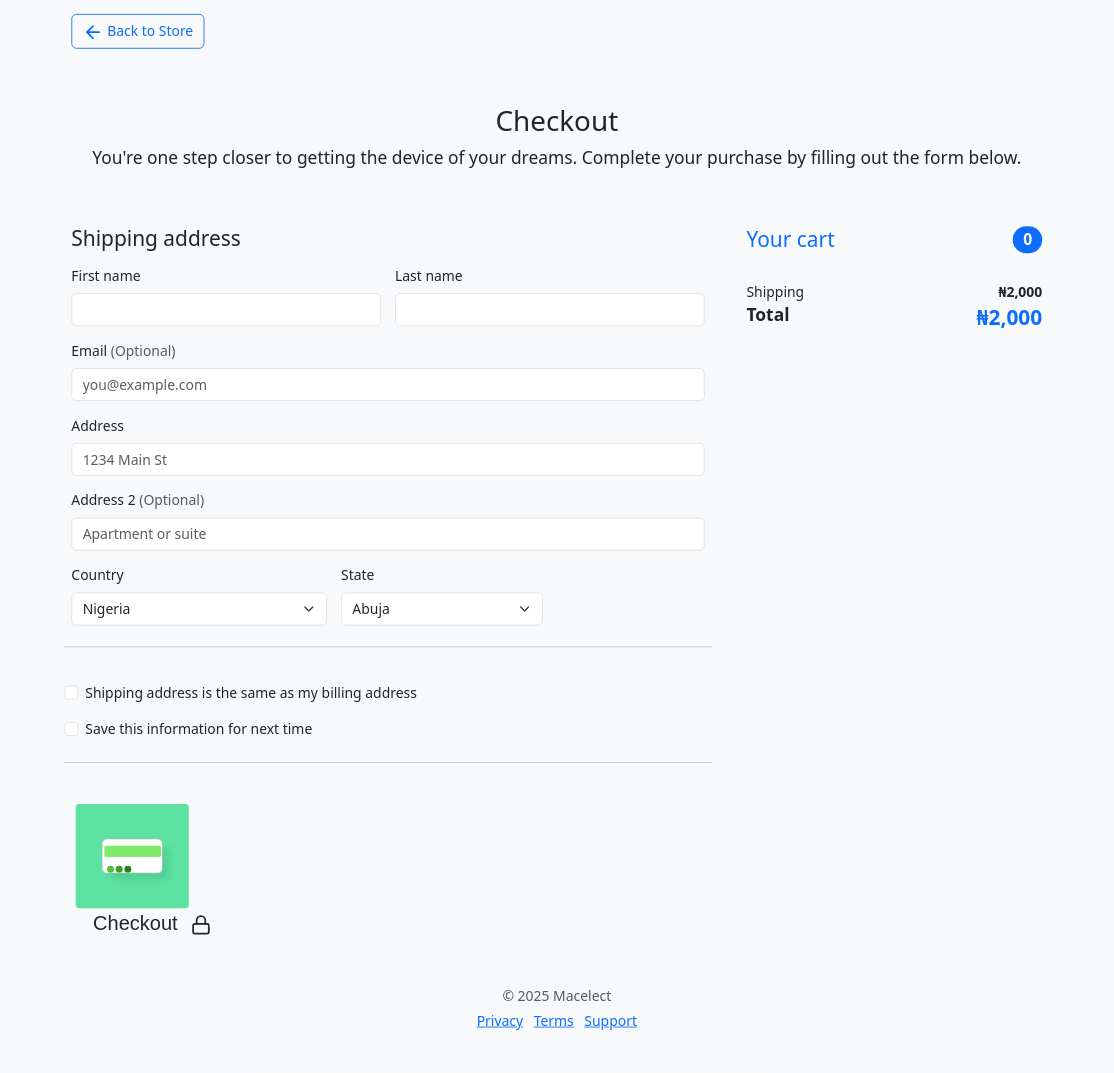
Repository: Davidobi21/macelect
Page: frontend/pages/checkout.html
The author's editor kept a copy of each file at every save. The page is drawn from the files as they stood at one save, then again after the next save.
The browser window is 1280 px wide. The pictures show the whole page, at 87% of full size.

Above is the page before, as saved 2025-05-06 10:10:16.

### frontend/pages/checkout.html
<!DOCTYPE html>
<html lang="en">
<head>
  <meta charset="UTF-8">
  <meta name="viewport" content="width=device-width, initial-scale=1.0">
  <title>Checkout</title>
  <link rel="stylesheet" href="../css/checkout.css">
  <script src="https://cdn.jsdelivr.net/npm/lucide@latest/dist/umd/lucide.min.js"></script>
  <script src="./js/checkout.js" defer></script>
  <script src="https://js.paystack.co/v1/inline.js"></script>
  <script src="https://cdn.jsdelivr.net/npm/sweetalert2@11"></script>
  <link href="https://cdn.jsdelivr.net/npm/bootstrap@5.3.0-alpha1/dist/css/bootstrap.min.css" rel="stylesheet">
</head>
<body class="bg-light">
  <div class="container">
    <!-- Back Button -->
    <div class="py-3">
      <a href="../pages/products.html" class="btn btn-outline-primary align-items-center gap-2">
        <i data-lucide="arrow-left"></i> Back to Store
      </a>
    </div>

    <main>
      <div class="py-5 text-center">
        <h2>Checkout</h2>
        <p class="lead">You're one step closer to getting the device of your dreams. Complete your purchase by filling out the form below.</p>
      </div>

      <div class="row g-5">
        <!-- Cart Summary -->
        <div class="col-md-5 col-lg-4 order-md-last">
          <h4 class="d-flex justify-content-between align-items-center mb-3">
            <span class="text-primary">Your cart</span>
            <span class="badge bg-primary rounded-pill cart-count">0</span>
          </h4>
          <ul class="list-group mb-3" id="cart-summary">
            <!-- Cart items will be dynamically populated here -->
          </ul>
          <li class="list-group-item d-flex justify-content-between">
            <span>Shipping</span>
            <strong id="shipping-cost">₦0</strong>
          </li>
          <li class="list-group-item d-flex justify-content-between">
            <span class="fs-5 fw-bold">Total</span>
            <strong id="cart-total" class="fs-4 fw-bold text-primary">₦0</strong>
          </li>
        </div>

        <!-- Billing Form -->
        <div class="col-md-7 col-lg-8">
          <h4 class="mb-3">Shipping address</h4>
          <form>
            <div class="row g-3">
              <div class="col-sm-6">
                <label for="firstName" class="form-label">First name</label>
                <input type="text" class="form-control" id="firstName" placeholder="" value="" required>
              </div>

              <div class="col-sm-6">
                <label for="lastName" class="form-label">Last name</label>
                <input type="text" class="form-control" id="lastName" placeholder="" value="" required>
              </div>

              <div class="col-12">
                <label for="email" class="form-label">Email <span class="text-muted">(Optional)</span></label>
                <input type="email" class="form-control" id="email" placeholder="you@example.com">
              </div>

              <div class="col-12">
                <label for="address" class="form-label">Address</label>
                <input type="text" class="form-control" id="address" placeholder="1234 Main St" required>
              </div>

              <div class="col-12">
                <label for="address2" class="form-label">Address 2 <span class="text-muted">(Optional)</span></label>
                <input type="text" class="form-control" id="address2" placeholder="Apartment or suite">
              </div>

              <div class="col-md-5">
                <label for="country" class="form-label">Country</label>
                <select class="form-select" id="country" required>
                  <option value="Nigeria" selected>Nigeria</option>
                </select>
              </div>

              <div class="col-md-4">
                <label for="state" class="form-label">State</label>
                <select class="form-select" id="state" required>
                  <option value="Abuja">Abuja</option>
                  <option value="Nasarawa">Nasarawa</option>
                  <option value="Kogi">Kogi</option>
                  <option value="Kaduna">Kaduna</option>
                  <option value="Niger">Niger</option>
                  <option value="Benue">Benue</option>
                  <option value="Kwara">Kwara</option>
                  <option value="Plateau">Plateau</option>
                  <option value="Taraba">Taraba</option>
                  <option value="Lagos">Lagos</option>
                  <option value="Oyo">Oyo</option>
                  <option value="Ondo">Ondo</option>
                  <option value="Edo">Edo</option>
                  <option value="Delta">Delta</option>
                  <option value="Anambra">Anambra</option>
                  <option value="Enugu">Enugu</option>
                  <option value="Imo">Imo</option>
                  <option value="Rivers">Rivers</option>
                  <option value="Akwa Ibom">Akwa Ibom</option>
                  <option value="Bayelsa">Bayelsa</option>
                  <option value="Borno">Borno</option>
                  <option value="Yobe">Yobe</option>
                  <option value="Zamfara">Zamfara</option>
                  <option value="Sokoto">Sokoto</option>
                  <option value="Kebbi">Kebbi</option>
                  <option value="Kano">Kano</option>
                  <option value="Jigawa">Jigawa</option>
                  <option value="Gombe">Gombe</option>
                  <option value="Bauchi">Bauchi</option>
                  <option value="Ekiti">Ekiti</option>
                  <option value="Osun">Osun</option>
                  <option value="Ebonyi">Ebonyi</option>
                  <option value="Abia">Abia</option>
                  <option value="Cross River">Cross River</option>
                </select>
              </div>


            <hr class="my-4">

            <div class="form-check">
              <input type="checkbox" class="form-check-input" id="same-address">
              <label class="form-check-label" for="same-address">Shipping address is the same as my billing address</label>
            </div>

            <div class="form-check">
              <input type="checkbox" class="form-check-input" id="save-info">
              <label class="form-check-label" for="save-info">Save this information for next time</label>
            </div>

            <hr class="my-4">
          </form>
          <div class="btn contain" id="checkoutButton" disabled>
            <div class="left-side">
              <div class="card">
                <div class="card-line"></div>
                <div class="buttons"></div>
              </div>
              <div class="post">
                <div class="post-line"></div>
                <div class="screen">
                  <div class="dollar">₦</div>
                </div>
                <div class="numbers"></div>
                <div class="numbers-line2"></div>
              </div>
            </div>
            <div class="right-side">
              <div class="new">Checkout
                <span id="padlockWrapper" class="ms-2">
                  <i id="padlockIcon" data-lucide="lock"></i>
                </span>
              </div>
            </div>
          </div>
        </div>
      </div>
    </main>

    <footer class="my-5 pt-5 text-muted text-center text-small">
      <p class="mb-1">© 2025 Macelect</p>
      <ul class="list-inline">
        <li class="list-inline-item"><a href="../pages/fqa.html">Privacy</a></li>
        <li class="list-inline-item"><a href="../pages/fqa.html">Terms</a></li>
        <li class="list-inline-item"><a href="../pages/fqa.html">Support</a></li>
      </ul>
    </footer>
  </div>
  <script src="https://cdn.jsdelivr.net/npm/bootstrap@5.3.0-alpha1/dist/js/bootstrap.bundle.min.js"></script>
</body>
</html>

### frontend/css/checkout.css
/* From Uiverse.io by Pawelitto */
.contain {
    background-color: #ffffff;
    display: flex;
    width: 270px;
    height: 120px;
    position: relative;
    border-radius: 6px;
    transition: 0.3s ease-in-out;
  }

  .contain:hover {
    transform: scale(1.03);
  }

  .contain:hover .left-side {
    width: 100%;
  }

  .left-side {
    background-color: #5de2a3;
    width: 130px;
    height: 120px;
    border-radius: 4px;
    position: relative;
    display: flex;
    justify-content: center;
    align-items: center;
    cursor: pointer;
    transition: 0.3s;
    flex-shrink: 0;
    overflow: hidden;
  }

  .right-side {
    display: flex;
    align-items: center;
    overflow: hidden;
    cursor: pointer;
    justify-content: space-between;
    white-space: nowrap;
    transition: 0.3s;
  }

  .right-side:hover {
    background-color: #f9f7f9;
  }

  .arrow {
    width: 20px;
    height: 20px;
    margin-right: 20px;
  }

  .new {
    font-size: 23px;
    font-family: "Lexend Deca", sans-serif;
    margin-left: 20px;
  }

  .card {
    width: 70px;
    height: 46px;
    background-color: #c7ffbc;
    border-radius: 6px;
    position: absolute;
    display: flex;
    z-index: 10;
    flex-direction: column;
    align-items: center;
    -webkit-box-shadow: 9px 9px 9px -2px rgba(77, 200, 143, 0.72);
    -moz-box-shadow: 9px 9px 9px -2px rgba(77, 200, 143, 0.72);
    -webkit-box-shadow: 9px 9px 9px -2px rgba(77, 200, 143, 0.72);
  }

  .card-line {
    width: 65px;
    height: 13px;
    background-color: #80ea69;
    border-radius: 2px;
    margin-top: 7px;
  }

  @media only screen and (max-width: 480px) {
    .container {
      transform: scale(0.7);
    }

    .container:hover {
      transform: scale(0.74);
    }

    .new {
      font-size: 18px;
    }
  }

  .buttons {
    width: 8px;
    height: 8px;
    background-color: #379e1f;
    box-shadow: 0 -10px 0 0 #26850e, 0 10px 0 0 #56be3e;
    border-radius: 50%;
    margin-top: 5px;
    transform: rotate(90deg);
    margin: 10px 0 0 -30px;
  }

  .contain:hover .card {
    animation: slide-top 1.2s cubic-bezier(0.645, 0.045, 0.355, 1) both;
  }

  .contain:hover .post {
    animation: slide-post 1s cubic-bezier(0.165, 0.84, 0.44, 1) both;
  }

  @keyframes slide-top {
    0% {
      -webkit-transform: translateY(0);
      transform: translateY(0);
    }

    50% {
      -webkit-transform: translateY(-70px) rotate(90deg);
      transform: translateY(-70px) rotate(90deg);
    }

    60% {
      -webkit-transform: translateY(-70px) rotate(90deg);
      transform: translateY(-70px) rotate(90deg);
    }

    100% {
      -webkit-transform: translateY(-8px) rotate(90deg);
      transform: translateY(-8px) rotate(90deg);
    }
  }

  .post {
    width: 63px;
    height: 75px;
    background-color: #dddde0;
    position: absolute;
    z-index: 11;
    bottom: 10px;
    top: 120px;
    border-radius: 6px;
    overflow: hidden;
  }

  .post-line {
    width: 47px;
    height: 9px;
    background-color: #545354;
    position: absolute;
    border-radius: 0px 0px 3px 3px;
    right: 8px;
    top: 8px;
  }

  .post-line:before {
    content: "";
    position: absolute;
    width: 47px;
    height: 9px;
    background-color: #757375;
    top: -8px;
  }

  .screen {
    width: 47px;
    height: 23px;
    background-color: #ffffff;
    position: absolute;
    top: 22px;
    right: 8px;
    border-radius: 3px;
  }

  .numbers {
    width: 12px;
    height: 12px;
    background-color: #838183;
    box-shadow: 0 -18px 0 0 #838183, 0 18px 0 0 #838183;
    border-radius: 2px;
    position: absolute;
    transform: rotate(90deg);
    left: 25px;
    top: 52px;
  }

  .numbers-line2 {
    width: 12px;
    height: 12px;
    background-color: #aaa9ab;
    box-shadow: 0 -18px 0 0 #aaa9ab, 0 18px 0 0 #aaa9ab;
    border-radius: 2px;
    position: absolute;
    transform: rotate(90deg);
    left: 25px;
    top: 68px;
  }

  @keyframes slide-post {
    50% {
      -webkit-transform: translateY(0);
      transform: translateY(0);
    }

    100% {
      -webkit-transform: translateY(-70px);
      transform: translateY(-70px);
    }
  }

  .dollar {
    position: absolute;
    font-size: 16px;
    font-family: "Lexend Deca", sans-serif;
    width: 100%;
    left: 0;
    top: 0;
    color: #4b953b;
    text-align: center;
  }

  .contain:hover .dollar {
    animation: fade-in-fwd 0.3s 1s backwards;
  }

  @keyframes fade-in-fwd {
    0% {
      opacity: 0;
      transform: translateY(-5px);
    }

    100% {
      opacity: 1;
      transform: translateY(0);
    }
  }

### frontend/pages/js/checkout.js
document.addEventListener("DOMContentLoaded", () => {
  lucide.createIcons(); // Initialize Lucide icons

  const cartSummary = document.getElementById("cart-summary");
  const cartTotal = document.getElementById("cart-total");
  const shippingCostElement = document.getElementById("shipping-cost");
  const cartCount = document.querySelector(".cart-count");
  const countrySelect = document.getElementById("country");
  const stateSelect = document.getElementById("state");
  const checkoutButton = document.getElementById("checkoutButton");
  const padlockIcon = document.getElementById("padlockIcon");
  const formInputs = document.querySelectorAll("#firstName, #lastName, #email, #address, #country, #state, #zip");

  const cart = JSON.parse(localStorage.getItem("cart")) || [];
  let total = 0;

  function calculateShippingCost(country, state) {
    if (country !== "Nigeria") return 0;

    const distanceTiers = {
      // Distance Level 0 (Abuja)
      "Abuja": 0,

      // Distance Level 1 (nearby states)
      "Nasarawa": 1,
      "Kogi": 1,
      "Kaduna": 1,
      "Niger": 1,

      // Distance Level 2
      "Benue": 2,
      "Kwara": 2,
      "Plateau": 2,
      "Taraba": 2,

      // Distance Level 3
      "Lagos": 3,
      "Oyo": 3,
      "Ondo": 3,
      "Edo": 3,
      "Delta": 3,

      // Distance Level 4 (farther states)
      "Anambra": 4,
      "Enugu": 4,
      "Imo": 4,
      "Rivers": 4,
      "Akwa Ibom": 4,
      "Bayelsa": 4,
      "Borno": 4,
      "Yobe": 4,
      "Zamfara": 4,
      "Sokoto": 4,
      "Kebbi": 4,
      "Kano": 4,
      "Jigawa": 4,
      "Gombe": 4,
      "Bauchi": 4,
      "Ekiti": 4,
      "Osun": 4,
      "Ebonyi": 4,
      "Abia": 4,
      "Cross River": 4,

      // Default tier if not listed
      "Others": 3
    };

    const tier = distanceTiers[state] !== undefined ? distanceTiers[state] : distanceTiers["Others"];
    return 2000 * (tier + 1); // base = ₦2000, so tier 0 = ₦2000, tier 1 = ₦4000, etc.
  }


  function updateCartSummary() {
    cartSummary.innerHTML = ""; // Clear existing content
    total = 0;

    cart.forEach(item => {
      const itemTotal = item.price * item.quantity;
      total += itemTotal;

      const listItem = document.createElement("li");
      listItem.className = "list-group-item d-flex justify-content-between lh-sm align-items-center";
      listItem.innerHTML = `
        <div class="d-flex align-items-center gap-2">
          <img src="${item.image}" alt="${item.name}" width="50" height="50" style="object-fit: cover; border-radius: 4px;">
          <div>
            <h6 class="my-0 mb-1">${item.name}</h6>
            <small class="text-muted">Quantity: ${item.quantity}</small>
          </div>
        </div>
        <span class="text-muted">₦${itemTotal.toLocaleString()}</span>
      `;
      cartSummary.appendChild(listItem);
    });

    const country = countrySelect.value;
    const state = stateSelect.value;
    const shippingCost = calculateShippingCost(country, state);

    shippingCostElement.textContent = `₦${shippingCost.toLocaleString()}`;
    cartTotal.textContent = `₦${(total + shippingCost).toLocaleString()}`;
    cartCount.textContent = cart.reduce((count, item) => count + item.quantity, 0);

    validateCheckoutButton(); // Check if the button should be enabled
  }

  function validateCheckoutButton() {
    const isFormValid = Array.from(formInputs).every(input => input.value.trim() !== "");
    const isCartNotEmpty = cart.length > 0;
    const padlockWrapper = document.getElementById("padlockWrapper");

    if (isFormValid && isCartNotEmpty) {
      checkoutButton.disabled = false;
      padlockWrapper.style.display = "none"; // Hide wrapper
    } else {
      checkoutButton.disabled = true;
      padlockWrapper.style.display = "inline-block"; // Show wrapper
    }
  }
  function payWithPaystack() {
    const email = document.getElementById("email").value;
    const shippingInfo = {
      country: countrySelect.value,
      state: stateSelect.value,
      address: document.getElementById("address").value,
    };
    const items = JSON.parse(localStorage.getItem("cart")) || [];

    const totalAmount = total + calculateShippingCost(shippingInfo.country, shippingInfo.state);

    const handler = PaystackPop.setup({
      key: 'pk_test_44f6dbb6159b73b84fff2fc441dcdd997e15c10d', // ✅ PUBLIC key
      email,
      amount: totalAmount * 100,
      currency: "NGN",
      ref: 'Mactelect' + Math.floor(Math.random() * 1000000000 + 1),

      callback: function (response) {
        placeOrder(response.reference, shippingInfo, items, totalAmount);
      },


      onClose: function () {
        alert('Transaction cancelled.');
      }
    });

    handler.openIframe();
  }

  async function placeOrder(paymentReference, shippingInfo, items, totalAmount) {
    try {
      // Retrieve user object from localStorage
      const user = JSON.parse(localStorage.getItem('user'));
      if (!user || !user._id) {
        alert('User ID is missing. Please log in.');
        return; // Stop execution if userId is missing
      }

      const userId = user._id; // Extract userId from the user object

      const response = await fetch('http://localhost:5000/api/order/place', {
        method: 'POST',
        headers: { 'Content-Type': 'application/json' },
        body: JSON.stringify({
          userId, // Include userId in the request payload
          items: items.map(item => ({
            productId: item.id,
            quantity: item.quantity,
            priceAtPurchase: item.price
          })),
          shippingInfo: `${shippingInfo.address}, ${shippingInfo.state}, ${shippingInfo.country}`,
          totalAmount,
          paymentReference
        }),
      });

      if (!response.ok) {
        const errorData = await response.json();
        throw new Error(`HTTP error! status: ${response.status}, message: ${errorData.message}`);
      }

      const data = await response.json();
      alert("Order placed! Ref: " + paymentReference);
      localStorage.removeItem("cart");
      window.location.href = "./thank-you.html"; // Redirect to thank you page
    } catch (error) {
      console.error('Error placing order:', error);
      alert(error.message); // Display error message to the user
    }
  }



  formInputs.forEach(input => {
    input.addEventListener("input", validateCheckoutButton);
  });

  countrySelect.addEventListener("change", updateCartSummary);
  stateSelect.addEventListener("change", updateCartSummary);
  checkoutButton.addEventListener("click", (e) => {
    e.preventDefault();
    payWithPaystack();
  });

  updateCartSummary(); // Initial update
});

After the next save:
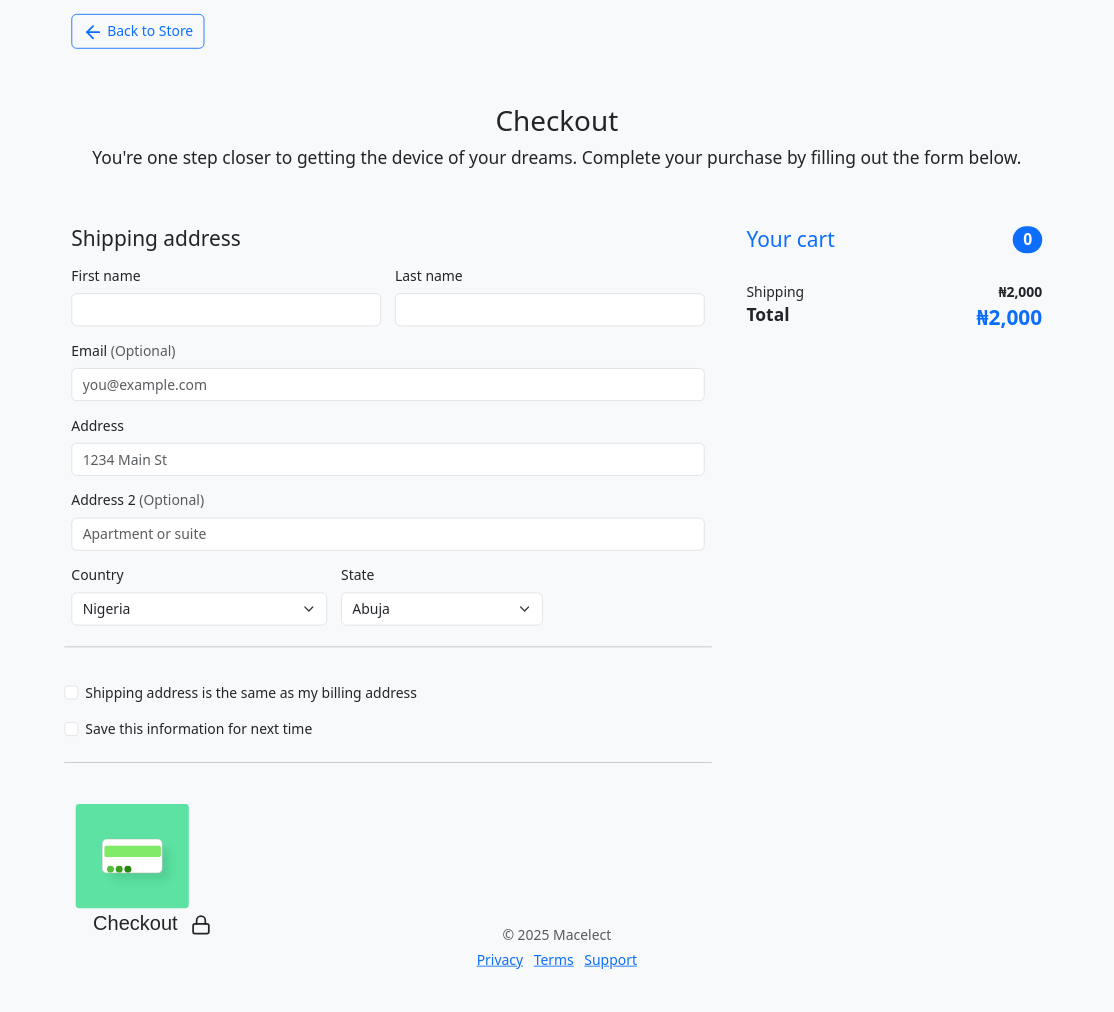
Saved 18 s later.
--- a/frontend/css/checkout.css
+++ b/frontend/css/checkout.css
@@ -3,7 +3,7 @@
     background-color: #ffffff;
     display: flex;
     width: 270px;
-    height: 120px;
+    height: 50px;
     position: relative;
     border-radius: 6px;
     transition: 0.3s ease-in-out;
